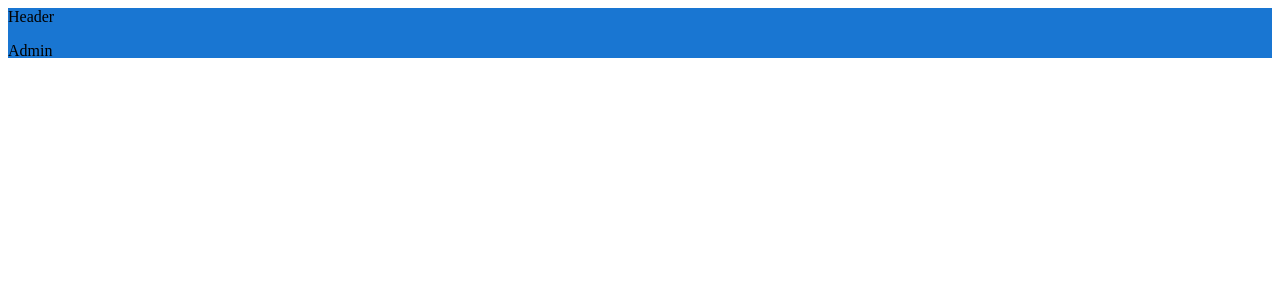
Repository: namphextra/portfolio
Page: /admin
These files come from the project's save history. The page is drawn as it stood at one moment and after a run of saves; the edit follows.
The browser window is 1280 px wide. The pictures show the whole page.
The project was rebuilt for these pictures with package versions that can differ from the ones it lists, and the page was loaded fresh each time. The framework's server and built-in components were replaced by stand-ins that run in the browser. Also part of the build but not shown: next.config.js.

Above is the page before, as saved 2023-02-14 17:09:12.

After the next 2 saves:
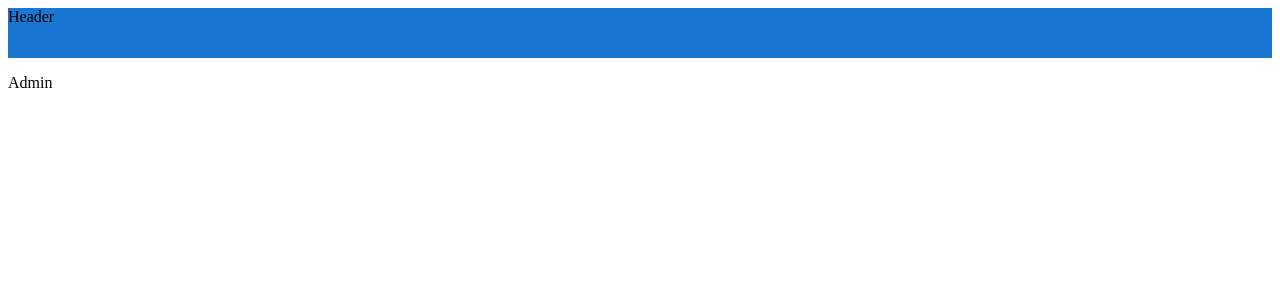
The 2 saves are shown as one change because 1 did not build or start.
The last was saved 65 s later.
--- a/src/app/admin/layout.tsx
+++ b/src/app/admin/layout.tsx
@@ -11,14 +11,16 @@ export default function RootLayout({
     backgroundColor: theme.palette.primary.main,
   }));
   return (
-    <Header
-      className={css`
-        width: 100%;
-        height: 50px;
-      `}
-    >
-      Header
+    <>
+      <Header
+        className={css`
+          width: 100%;
+          height: 50px;
+        `}
+      >
+        Header
+      </Header>
       {children}
-    </Header>
+    </>
   );
 }
